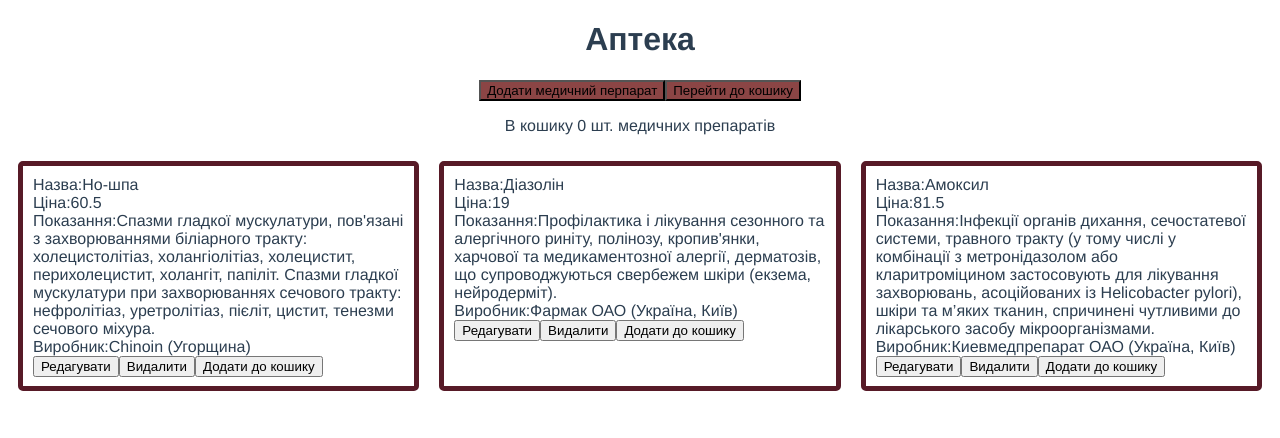
Repository: kristinap8/pharmacy
Page: /
An editor plug-in stored every save of this project. The page is shown before and after a run of saves, followed by the edit.
The browser window is 1280 px wide. The pictures show the whole page.
The project was rebuilt for these pictures with package versions that can differ from the ones it lists, and the page was loaded fresh each time. Also part of the build but not shown: src/components/AddMedicineForm/index.vue, src/pages/AddMedicine/index.vue, src/components/EditMedicineForm/index.vue, src/pages/EditMedicine/index.vue, src/components/CartForm/index.vue, src/pages/Cart/index.vue.

Above is the page before, as saved 2020-12-10 02:22:15.

After the next 2 saves:
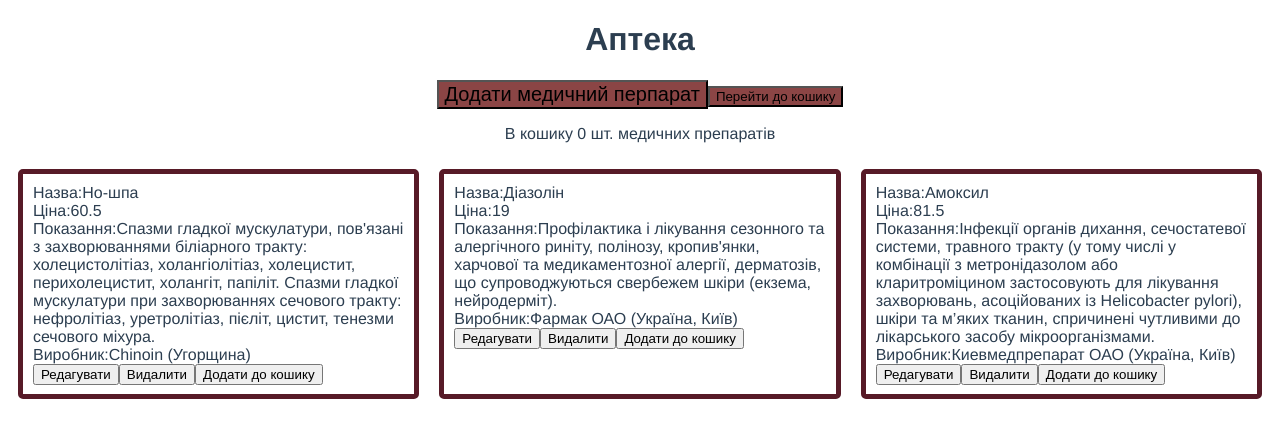
The 2 saves are shown as one change because 1 did not build or start.
The last was saved 2 min 18 s later.
--- a/src/pages/AllMedicines/index.vue
+++ b/src/pages/AllMedicines/index.vue
@@ -33,7 +33,8 @@ import MedicinesList from "../../components/MedicinesList"
       text-align: center;
   }
   .add-btn{
-      background:rgb(139, 69, 69)
+      background:rgb(139, 69, 69);
+      font-size:20px;
   }
   .cart-btn{
       background:rgb(139, 69, 69)
